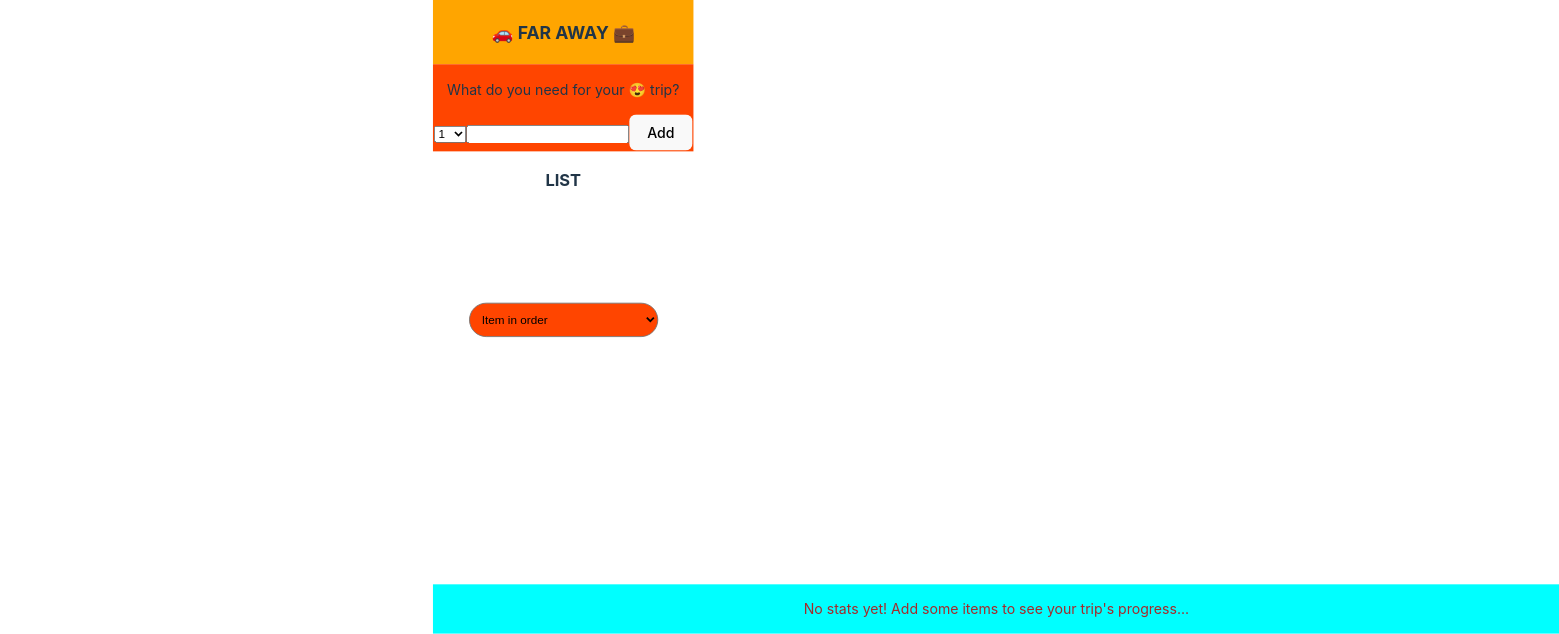
Repository: Celebration-cloud/Trip-Add-To-List
Page: /
The author's editor kept a copy of each file at every save. The page is drawn from the files as they stood at one save, then again after a run of saves.
The browser window is 1280 px wide. The page is 1772 px wide, then 1280 px, then 1772 px, so the pictures cover 1772 px, including what lies to the right of the window. The pictures show the whole page, at 88% of full size.
The project was rebuilt for these pictures with package versions that can differ from the ones it lists, and the page was loaded fresh each time. Also part of the build but not shown: vite.config.js.

Above is the page before, as saved 2023-10-29 17:08:17.

After the next 4 saves:
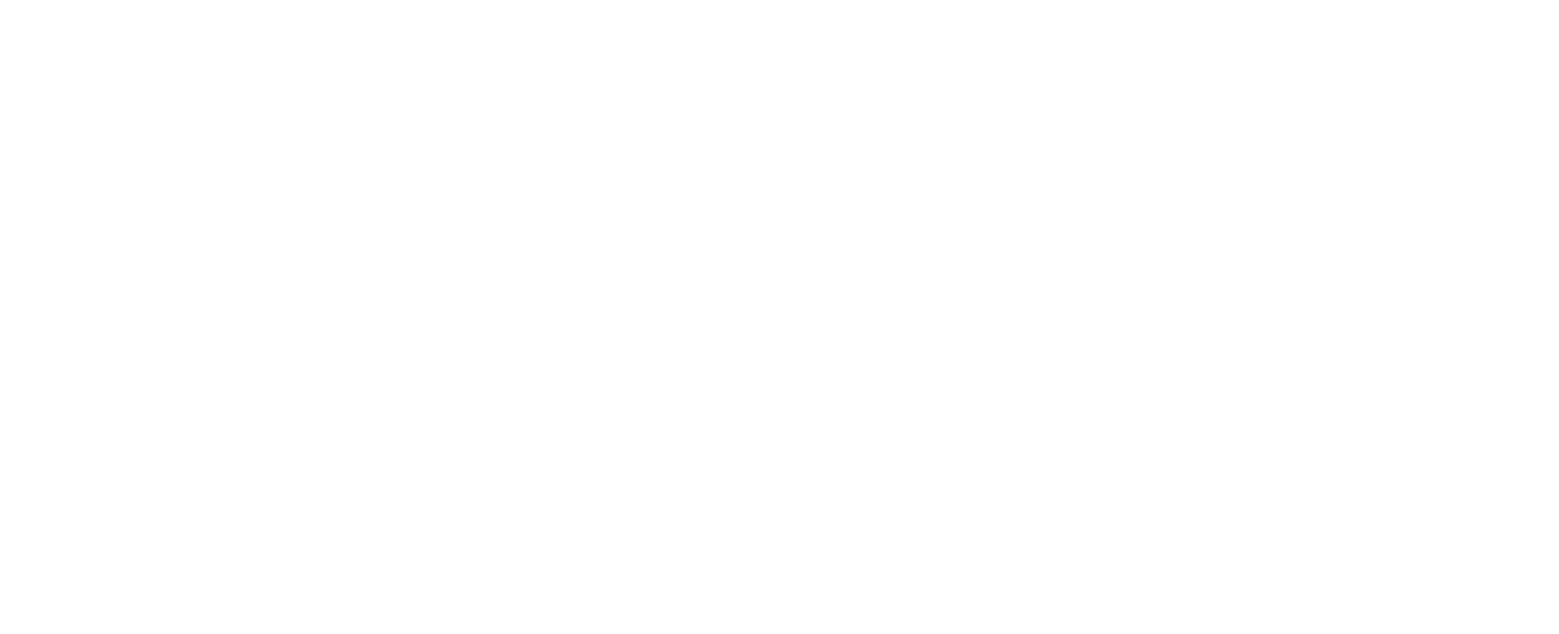
Console error: ReferenceError: fl is not defined
The 4 saves are shown as one change because they came seconds apart.
The last was saved 37 s later.
--- a/src/Trip-List/TripList.jsx
+++ b/src/Trip-List/TripList.jsx
@@ -95,7 +95,7 @@
     <>
       <h3>LIST</h3>
       <ul style={{ listStyleType: "none" }}>
-        <li style={{display: 'flex'}}>
+        <li style={{display: 'flex', fl}}>
           {sorting?.map((item) => (
             <>
               <input

After the 3 saves that followed:
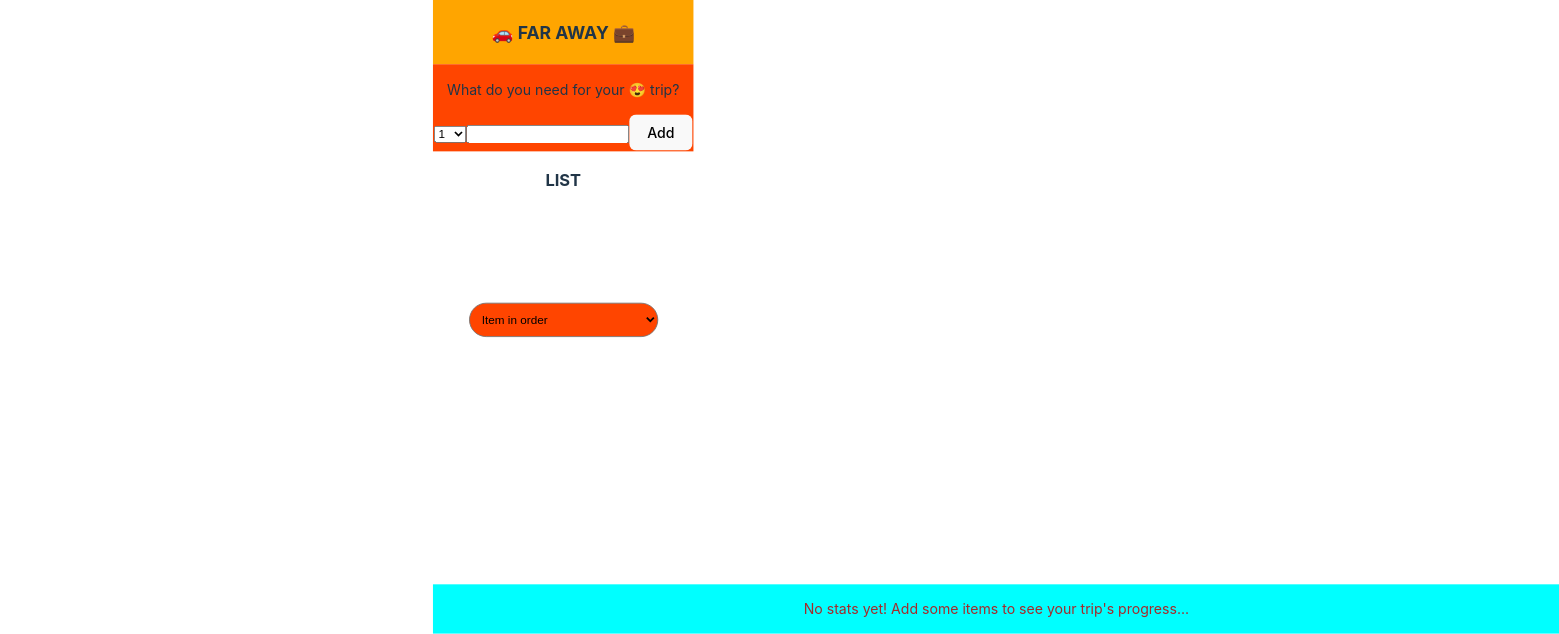
The error is gone.
The 3 saves are shown as one change because they came seconds apart.
The last was saved 9 s later.
--- a/src/Trip-List/TripList.jsx
+++ b/src/Trip-List/TripList.jsx
@@ -95,7 +95,7 @@
     <>
       <h3>LIST</h3>
       <ul style={{ listStyleType: "none" }}>
-        <li style={{display: 'flex', fl}}>
+        <li style={{display: 'flex', flexWrap: "wrap"}}>
           {sorting?.map((item) => (
             <>
               <input
